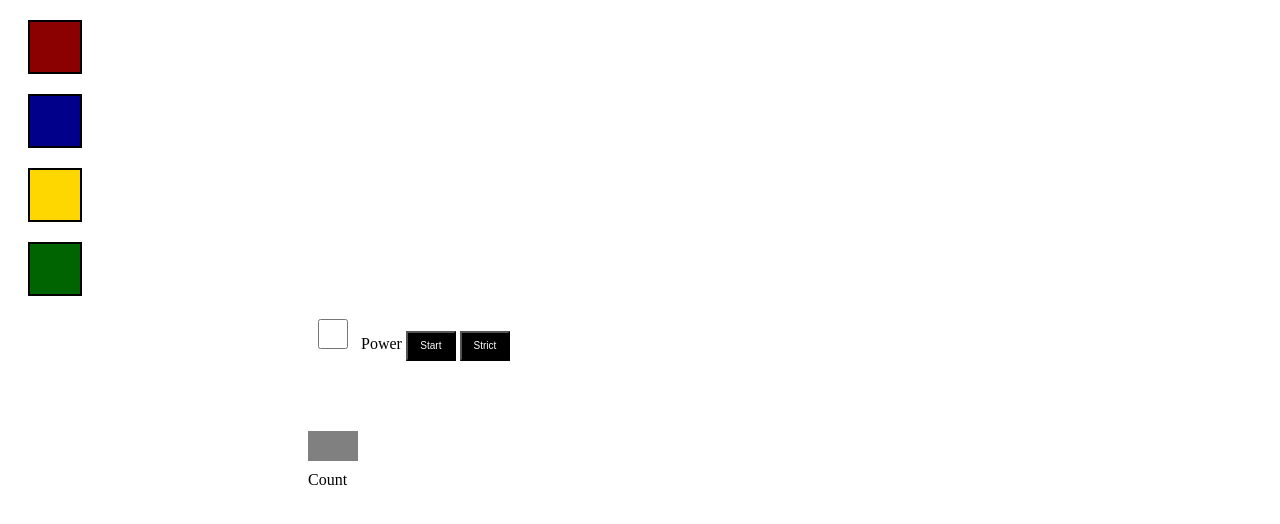
Repository: Code-Institute-Submissions/The-Simon-Game
Page: index.html
The author's editor kept a record of every edit. The page is drawn from the files as they stood at one moment, then again after the next edit.
The browser window is 1280 px wide. The pictures show the whole page.
Some web libraries are served in a nearby version.

Above is the page before.

### index.html
<!DOCTYPE html>
<html lang="en">

<head>
  <meta charset="UTF-8">
  <meta name="viewport" content="width=device-width, initial-scale=1.0">
  <meta http-equiv="X-UA-Compatible" content="ie=edge">
  <link rel="stylesheet" href="css/style.css" type="text/css" />
  <script src="https://ajax.googleapis.com/ajax/libs/jquery/3.2.1/jquery.min.js"></script>
  <title>The Simon Game</title>
</head>

<body>
  <section>
    <div id='colorBoxes' class='red' onclick='play();'>
       <audio id='audio' src='https://s3.amazonaws.com/freecodecamp/simonSound1.mp3'></audio>
    </div>
    <div id="colorBoxes" class="blue" onclick='audio'>
      <audio src='https://s3.amazonaws.com/freecodecamp/simonSound2.mp3'></audio>
    </div>
    <div id="colorBoxes" class="yellow" onclick='audio'>
      <audio src='https://s3.amazonaws.com/freecodecamp/simonSound3.mp3'></audio>
    </div>
    <div id="colorBoxes" class="green" onclick='audio'>
      <audio src='https://s3.amazonaws.com/freecodecamp/simonSound4.mp3'></audio>
    </div>
    <input type="checkbox" id='power' class='onOffButton'>Power</input>
    <button id="start" class="startButton">Start</button>
    <button id="strict" class="strictButton">Strict</button>
    <div id="counterBox" class="turn"></div>
    <div class="count">Count</div>
  </section>
</body>

<script type="text/javascript" src="js/script.js"></script>
<script src="https://stackpath.bootstrapcdn.com/bootstrap/4.3.1/js/bootstrap.min.js"
integrity="sha384-JjSmVgyd0p3pXB1rRibZUAYoIIy6OrQ6VrjIEaFf/nJGzIxFDsf4x0xIM+B07jRM"
crossorigin="anonymous"></script>
</html>

### css/style.css
.startButton {
    height: 30px;
    width: 50px;
    background-color: black;
    color: white;
    font-size: 10px;
}

.strictButton {
    height: 30px;
    width: 50px;
    background-color: black;
    color: white;
    font-size: 10px;
}

.onOffButton {
    margin-left: 300px;
    height: 30px;
    width: 50px;
    background-color: black;
    color: white;
    font-size: 10px;
}

.turn {
    position: absolute;
    background: grey;
    color: blue;
    font-family: courier;
    font-size: 20px;
    height: 30px;
    width: 50px;
    margin-left: 300px;
    margin-top: 70px;
    text-align: center;
    vertical-align: middle;
    line-height: 30px;
}

.count {
    margin-left: 300px;
    margin-top: 110px;
}

.red {
    border: 2px solid black;
    background-color: darkred;
    height: 50px;
    width:50px;
    margin:20px;
}

.blue {
    border: 2px solid black;
    background-color: darkblue;
    height: 50px;
    width:50px;
    margin:20px;
}

.yellow {
    border: 2px solid black;
    background-color: gold;
    height: 50px;
    width:50px;
    margin:20px;
}

.green {
    border: 2px solid black;
    background-color: darkgreen;
    height: 50px;
    width:50px;
    margin:20px;
}

### js/script.js
// Varibles

let onOffButton = false;
let start = false;
let strict = false;
let level = 20;
let colorBoxes;
let color = ['red'];
let counterBox;

let red = new Audio('https://s3.amazonaws.com/freecodecamp/simonSound1.mp3');
let blue = new Audio('https://s3.amazonaws.com/freecodecamp/simonSound2.mp3');
let yellow = new Audio('https://s3.amazonaws.com/freecodecamp/simonSound3.mp3');
let green = new Audio('https://s3.amazonaws.com/freecodecamp/simonSound4.mp3');

// Power Button

$('#power').click(function() {
  onOffButton = (onOffButton == false);
  if (onOffButton) {
    onOffButton = true;
    $('#counterBox').text('--');
  }
  else {
    onOffButton = false;
    $('#counterBox').text('');
  }
  start = false;
  strict = false;
  console.log('counterBox');
});

// Start Game Button

$('#start').click(function() {
  start = (start == false);
  if (start) {
    start = true;
    $('#start').css('background-color', 'white');
    $('#start').css('color', 'black');
    $('#counterBox').text('1');
  }
  else {
    start = false;
    $('#start').css('background-color', 'black');
    $('#start').css('color', 'white');
    $('#counterBox').text('--');
  }
  strict = false;
  level = 1;
  level++;
  simonSequence();
  startGame();
});

// Strict Game Button

$('#strict').click(function() {
  strict = (strict == false);
  if (strict) {
    strict = true;
    $('#strict').css('background-color', 'red');
    $('#strict').css('color', 'black');
  }
  else {
    strict = false;
    $('#strict').css('background-color', 'black');
    $('#strict').css('color', 'white');
  }
  level = 1;
  level++;
  simonSequence();
  startGame();
  console.log('strict');
});


function startGame() {
  $('#start').click(function() {
  let color = Math.floor(Math.random() * 4);
  startGame(color);
  start;
  strict;
  simonSequence();
  console.log('color');
});
}

// Simon Sequence

function simonSequence() {
    level = 1;
    level++;
    color;
    startGame();
  $('#counterBox').text('1');
   var i = 0;
    var myInterval = setInterval(function() {
      color = simonSequence[i];
      i++;
      if (i == simonSequence.length) {
        clearInterval(myInterval);
      }
    }, 1000);
  console.log('simonSequence');
}

After the next edit:
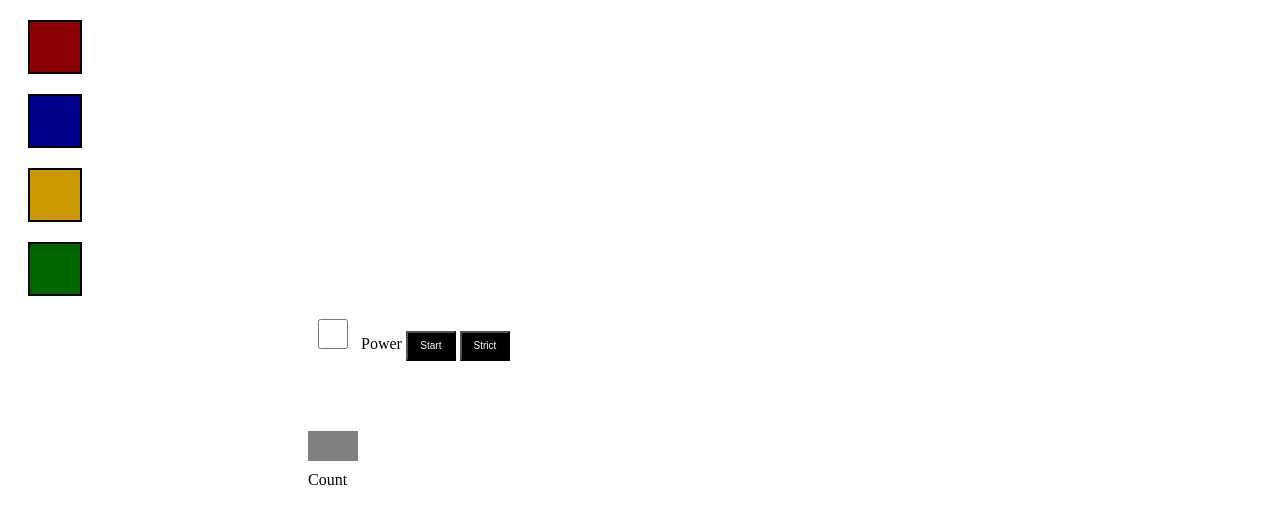
The edit:
--- a/css/style.css
+++ b/css/style.css
@@ -61,7 +61,7 @@
 
 .yellow {
     border: 2px solid black;
-    background-color: gold;
+    background-color: #cc9900;
     height: 50px;
     width:50px;
     margin:20px;
